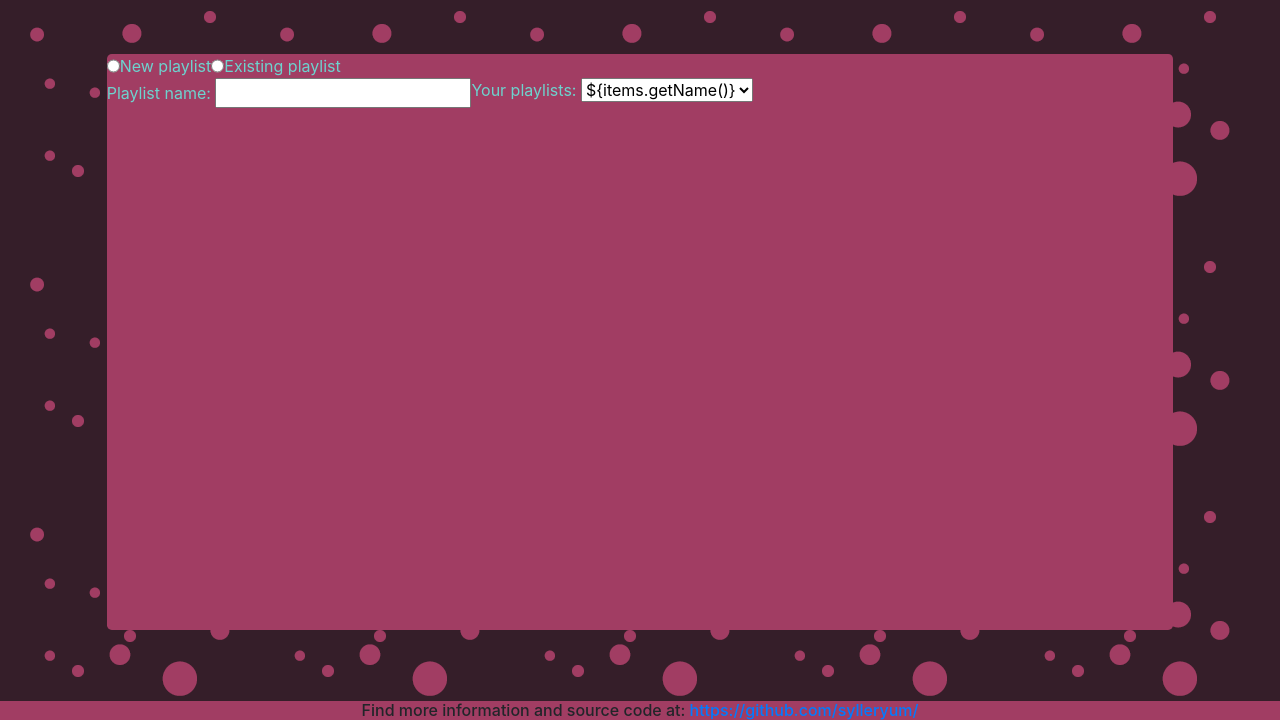
Repository: sylleryum/Frontend
Page: GetTopTracks/index.html
The author's editor kept a copy of each file at every save. The page is drawn from the files as they stood at one save, then again after the next save.
The browser window is 1280 px wide. The pictures show the whole page.

Above is the page before, as saved 2019-10-13 15:58:14.

### GetTopTracks/index.html
<!doctype html>
<html lang="en">

<head>
     <title>Get top tracks from Artists and albums</title>
     <!-- Required meta tags -->
     <meta charset="utf-8">
     <meta name="viewport" content="width=device-width, initial-scale=1, shrink-to-fit=no">

     <!-- Bootstrap CSS -->
     <link rel="stylesheet" href="https://stackpath.bootstrapcdn.com/bootstrap/4.3.1/css/bootstrap.min.css"
          integrity="sha384-ggOyR0iXCbMQv3Xipma34MD+dH/1fQ784/j6cY/iJTQUOhcWr7x9JvoRxT2MZw1T" crossorigin="anonymous">

     <!-- main CSS-->
     <link rel="stylesheet" href="style.css">

</head>

<body class="background-master">

     <div class="container-fluid h-95">
          <div class="row align-items-center justify-content-center h-95">
               <div class="h-80 col col-md-10 bg-4 text-1 rounded-lg overflow-auto" id="internal-container">
                    <div class="row">
                         <input type="radio" id="rNew" name="playlistRadio" value="new" onchange="radioChecker()">New
                         playlist
                         <input type="radio" id="rExisting" name="playlistRadio" value="existing"
                              onchange="radioChecker()">Existing
                         playlist
                    </div>
                    <div class="row">
                         <div id="new-playlist" class="block-style">
                              Playlist name: <input type="text" id="playlistName" name="playlistName" />
                         </div>
                         <div id="existing-playlist" class="block-style">
                              <span>Your playlists:</span>
                              <select name="selectPlaylist">
                                   <o
                                   <!-- <c:forEach var="items" items="${playlists}">
                                        <option value="${items.getId()}">${items.getName()}</option>
                                   </c:forEach> -->
                              </select>
                         </div>
                    </div>
                    <div class="row"></div>
                    <div class="row"></div>
                    <div class="row"></div>

               </div>

          </div>

     </div>
     <footer class="text-center m-0 p-0 bg-4 footer-clear">
          <h6 class="p-0 m-0 text-w">Find more information and source code at: <a href="https://github.com/sylleryum/">
                    https://github.com/sylleryum/</a></h6>

     </footer>







     <!-- Optional JavaScript -->
     <!-- jQuery first, then Popper.js, then Bootstrap JS -->
     <script src="https://code.jquery.com/jquery-3.3.1.slim.min.js"
          integrity="sha384-q8i/X+965DzO0rT7abK41JStQIAqVgRVzpbzo5smXKp4YfRvH+8abtTE1Pi6jizo"
          crossorigin="anonymous"></script>
     <script src="https://cdnjs.cloudflare.com/ajax/libs/popper.js/1.14.7/umd/popper.min.js"
          integrity="sha384-UO2eT0CpHqdSJQ6hJty5KVphtPhzWj9WO1clHTMGa3JDZwrnQq4sF86dIHNDz0W1"
          crossorigin="anonymous"></script>
     <script src="https://stackpath.bootstrapcdn.com/bootstrap/4.3.1/js/bootstrap.min.js"
          integrity="sha384-JjSmVgyd0p3pXB1rRibZUAYoIIy6OrQ6VrjIEaFf/nJGzIxFDsf4x0xIM+B07jRM"
          crossorigin="anonymous"></script>
</body>

</html>

### GetTopTracks/style.css
.footer-clear{
     width: 100%;
     position: fixed;
     bottom: 0%;
}

.background-master{
     background: url(images/bb.png) repeat;
}

.h-100{
     min-height: 100vh;
 }

 .h-95{
     min-height: 95vh;
 }
.h-80{
     min-height: 80vh;
     max-height: 90vh;
 }

 .bg-1{background: #6dd3ce!important}
 .bg-2{background: #c8e9a0!important}
 .bg-3{background: #f7a278!important}
 .bg-4{background: #a13d63!important}
 .bg-5{background: #351e29!important}

.text-1{color: #6dd3ce!important}
.text-2{color: #c8e9a0!important}
.text-3{color: #f7a278!important}
.text-4{color: #a13d63!important}
.text-5{color: #351e29!important}

After the next save:
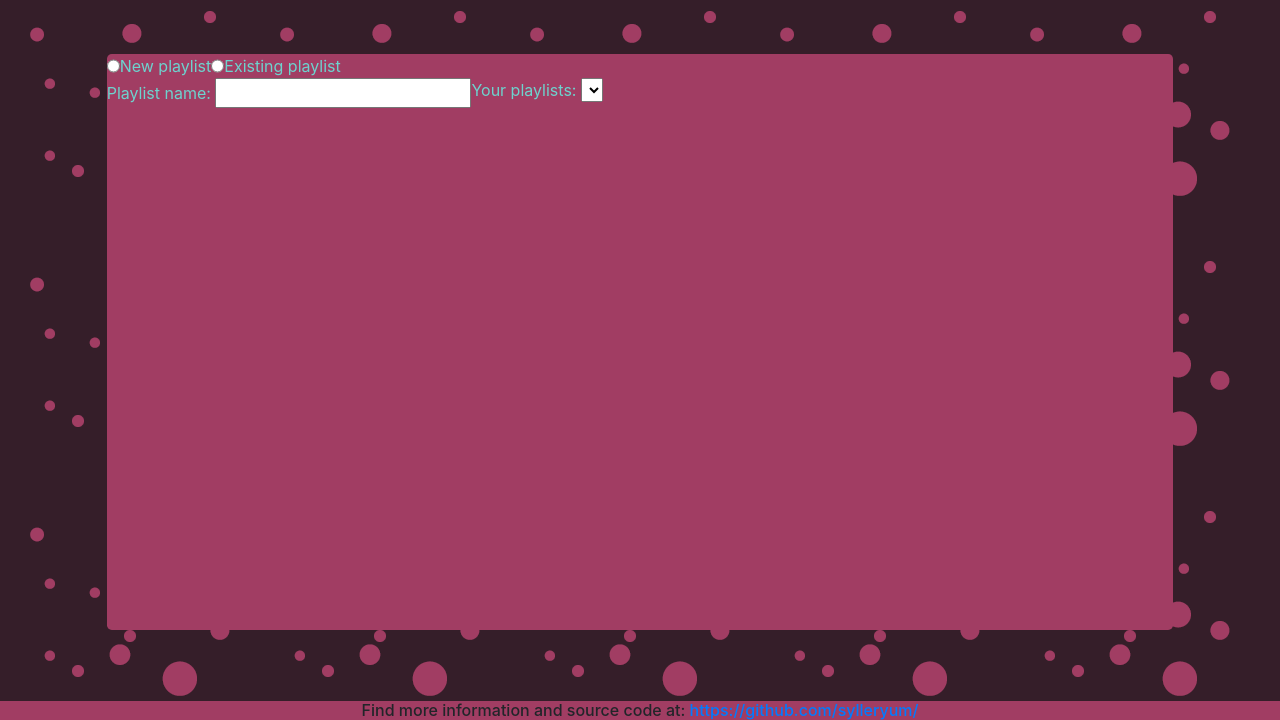
Saved 6 s later.
--- a/GetTopTracks/index.html
+++ b/GetTopTracks/index.html
@@ -35,7 +35,7 @@
                          <div id="existing-playlist" class="block-style">
                               <span>Your playlists:</span>
                               <select name="selectPlaylist">
-                                   <o
+                                   <option></option>
                                    <!-- <c:forEach var="items" items="${playlists}">
                                         <option value="${items.getId()}">${items.getName()}</option>
                                    </c:forEach> -->
